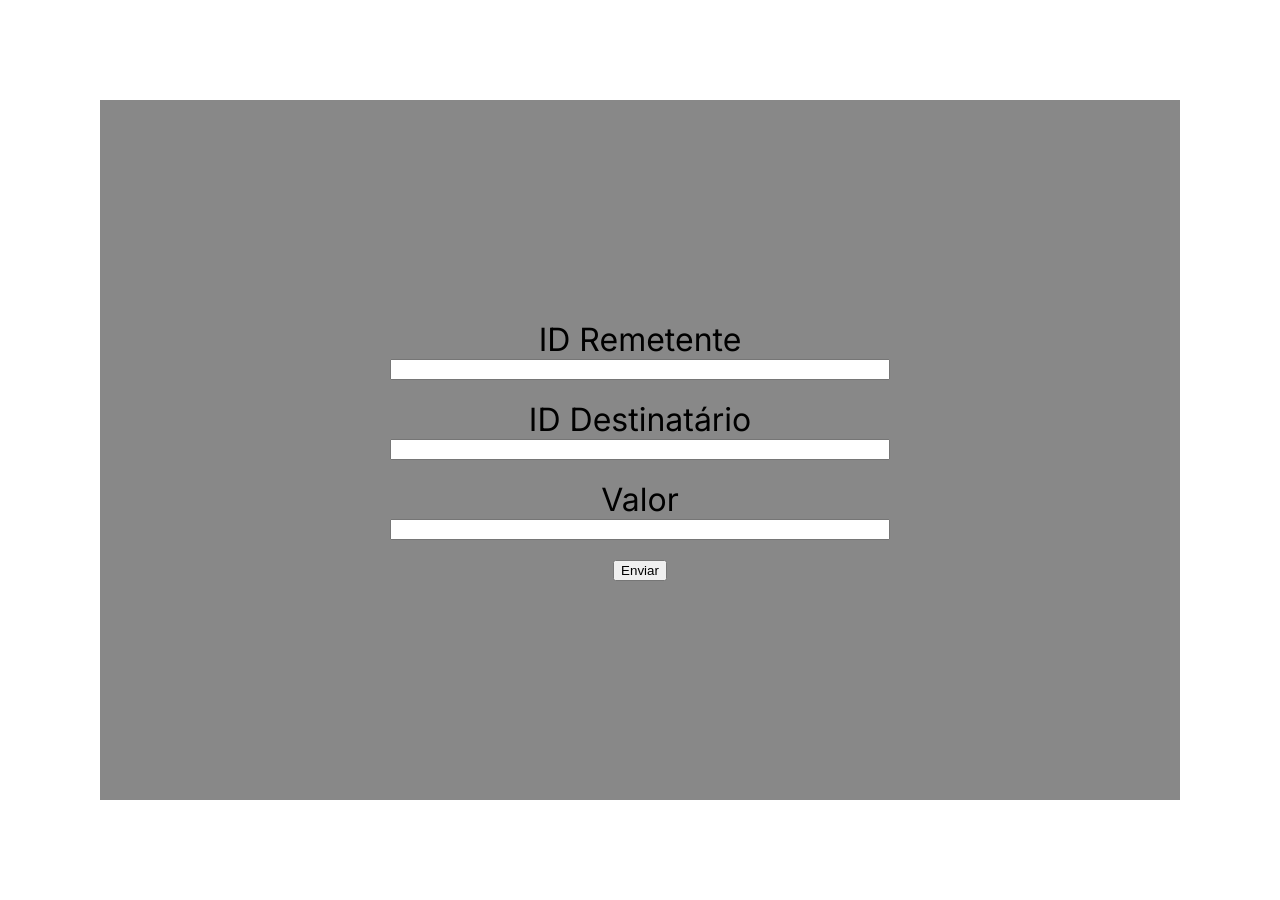
Repository: mateusilva8/tarefa-pix
Page: frontend/pix.html
An editor plug-in stored every save of this project. The page is shown before and after the next save, followed by the edit.
The browser window is 1280 px wide. The pictures show the whole page.

Above is the page before, as saved 2023-10-22 14:07:46.

After the next save:
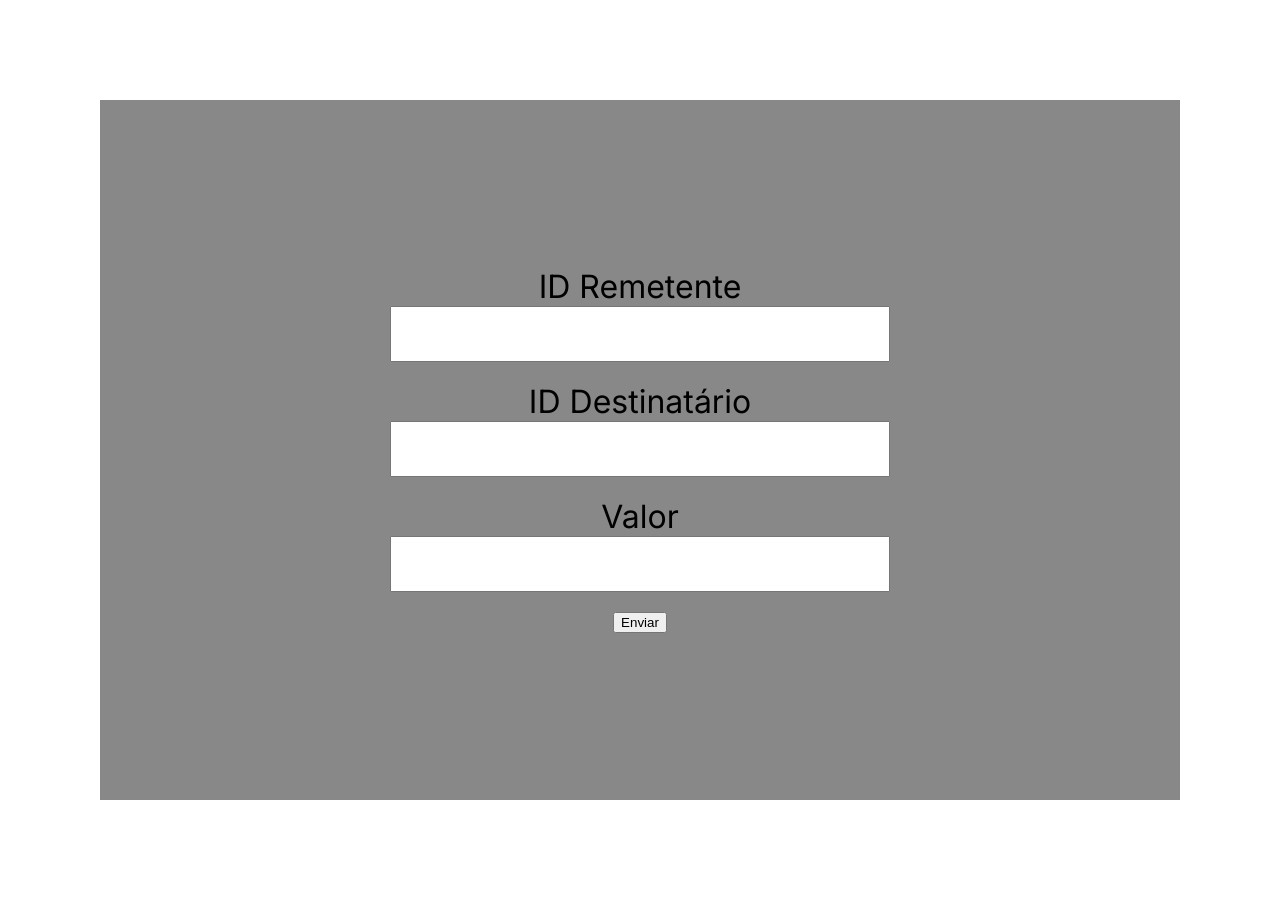
Saved 25 s later.
--- a/frontend/css/pix.css
+++ b/frontend/css/pix.css
@@ -35,3 +35,7 @@ body {
     font-size: 2rem;
     text-align: center;
 }
+
+input {
+    height: 50px;
+}
